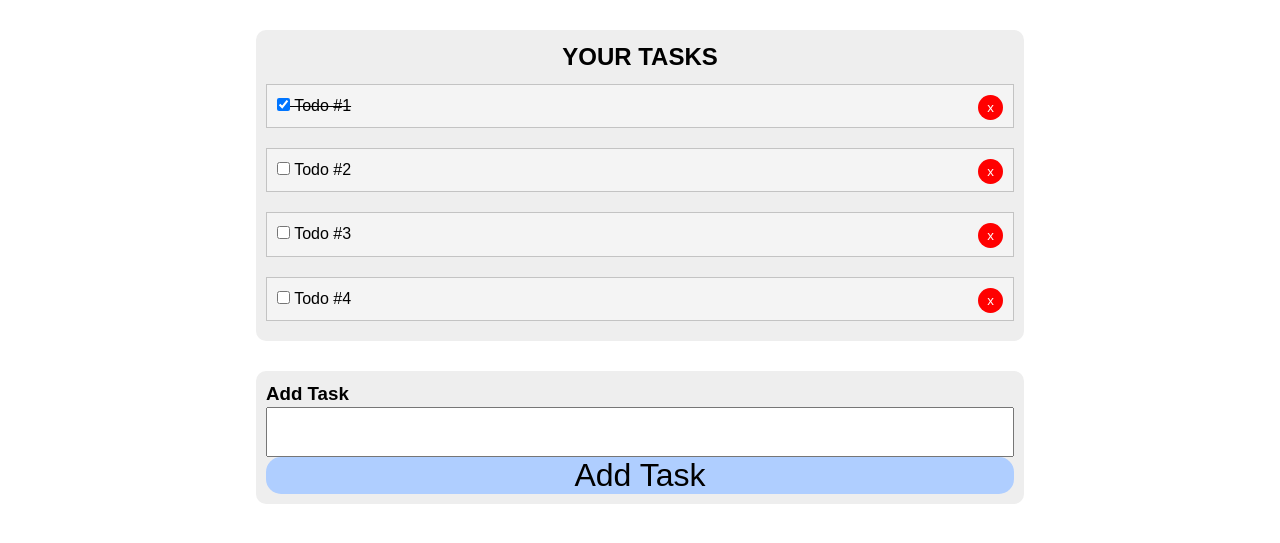
Repository: n0rthern-light/vuejs-taskmanager
Page: /
An editor plug-in stored every save of this project. The page is shown before and after a run of saves, followed by the edit.
The browser window is 1280 px wide. The pictures show the whole page.
The project was rebuilt for these pictures with package versions that can differ from the ones it lists, and the page was loaded fresh each time.

Above is the page before, as saved 2019-02-18 16:15:57.

After the next 2 saves:
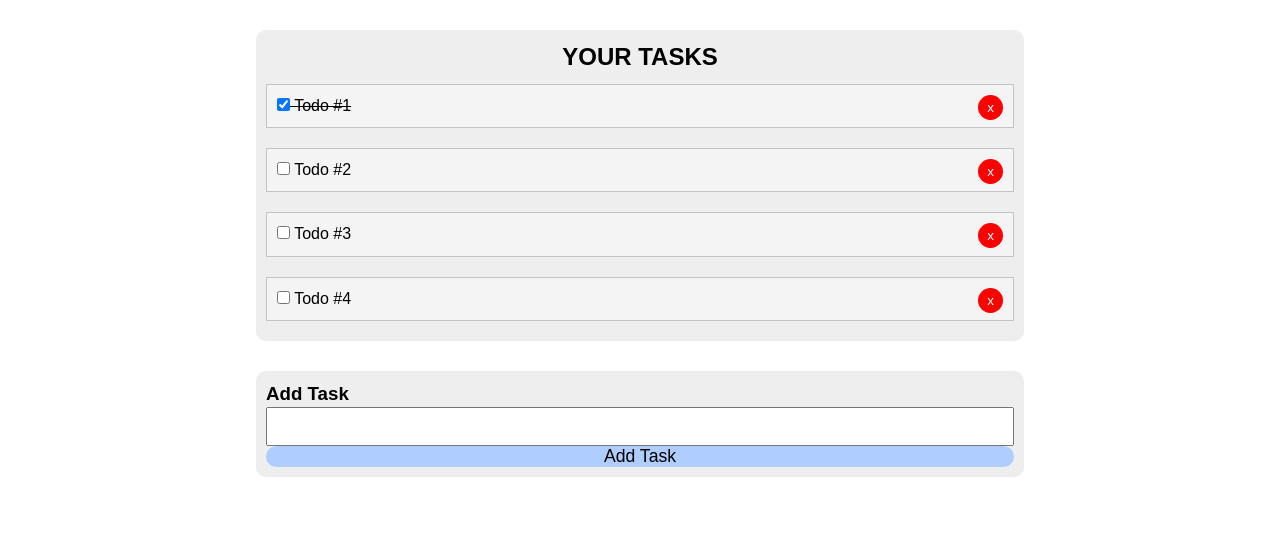
The 2 saves are shown as one change because they came seconds apart.
The last was saved 12 s later.
--- a/src/components/TodoAdd.vue
+++ b/src/components/TodoAdd.vue
@@ -31,12 +31,11 @@ export default {
 
 .container input {
   padding: 10px;
-  font-size: 1.4em;
   font-weight: 600;
 }
 
 .container .btn {
-  font-size: 2.0em;
+  font-size: 1.1em;
   background-color: #afceff;
   border: none;
   border-radius: 15px;
